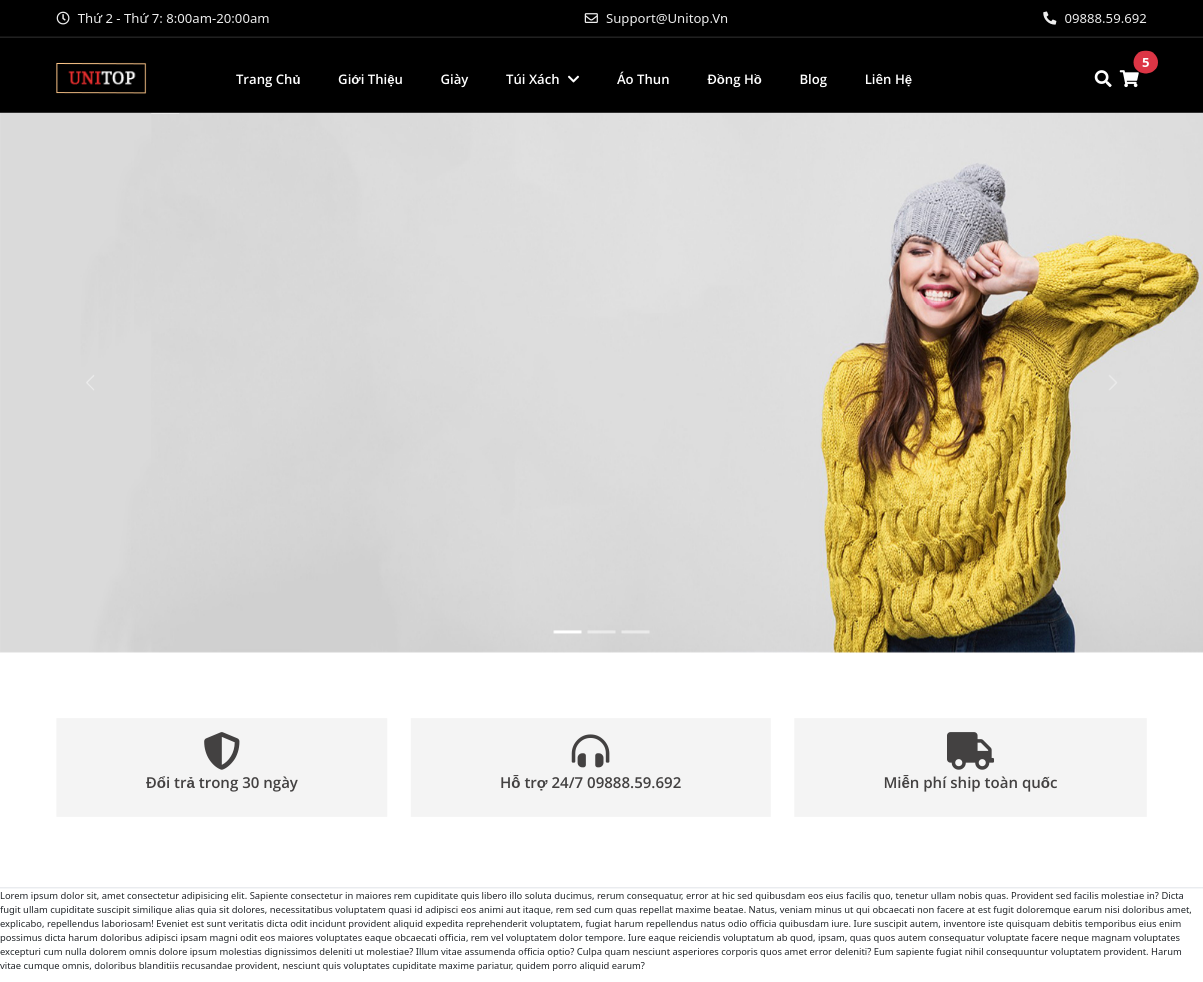
Repository: vinhtk0209/clothes-shop
Page: index.html
These files come from the project's save history. The page is drawn as it stood at one moment and after the next save; the edit follows.
The browser window is 1280 px wide. The pictures show the whole page, at 94% of full size.

Above is the page before, as saved 2021-10-04 17:59:25.

After the next save:
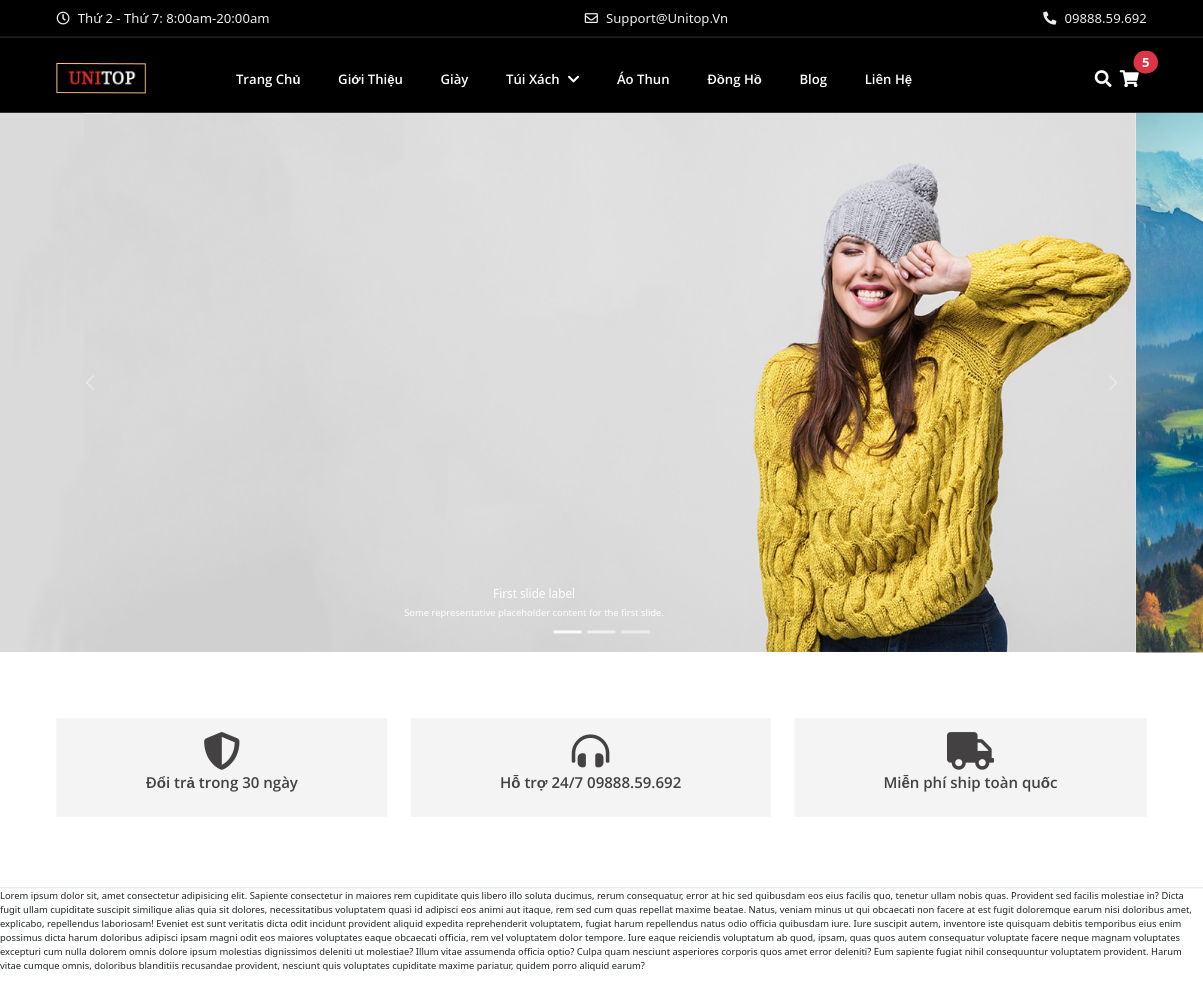
Saved 9 s later.
--- a/index.html
+++ b/index.html
@@ -197,9 +197,9 @@
           <div class="carousel-inner">
             <div class="carousel-item active" class="">
               <img src="assets/images/slide-1.png" class="d-block w-100" alt="...">
-              <!-- <div class="carousel-caption d-none d-md-block">
+              <div class="carousel-caption d-none d-md-block">
                 <h5>First slide label</h5>
-                <p>Some representative placeholder content for the first slide.</p> -->
+                <p>Some representative placeholder content for the first slide.</p>
               </div>
             </div>
             <div class="carousel-item">
